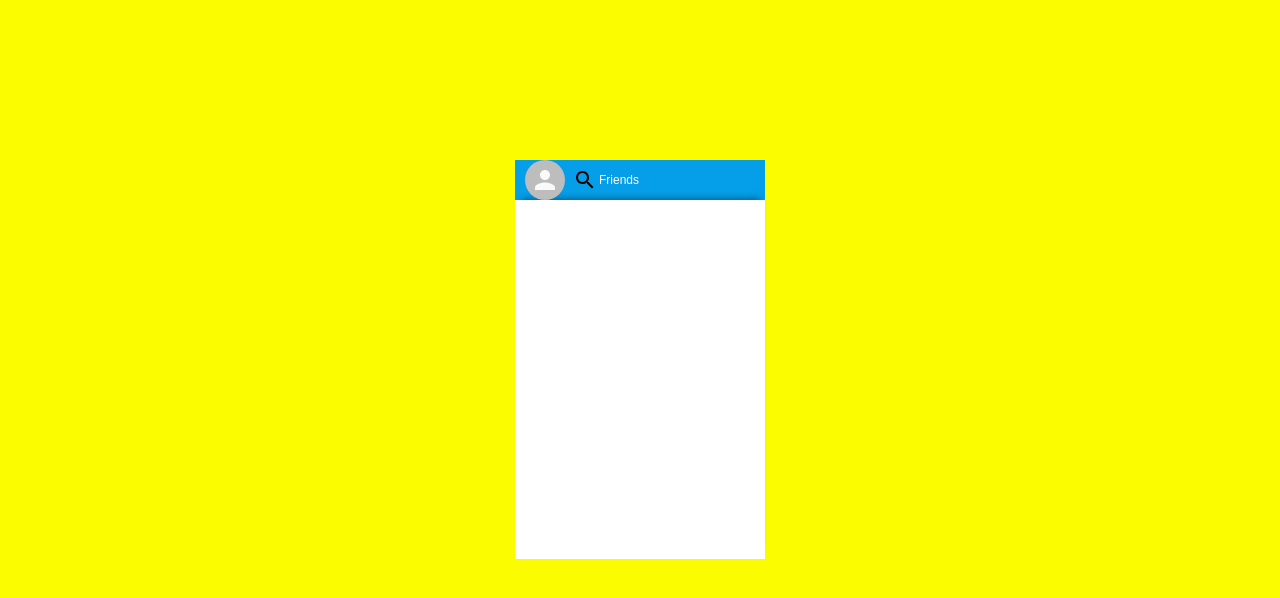
Repository: om1ars/camera-func
Page: /chats
These files come from the project's save history. The page is drawn as it stood at one moment and after a run of saves; the edit follows.
The browser window is 1280 px wide. The pictures show the whole page.
The project was rebuilt for these pictures with package versions that can differ from the ones it lists, and the page was loaded fresh each time. Also part of the build but not shown: src/WebcamCapture.css, src/WebCamCapture.js, src/Preview.css, src/firebase.js, src/Preview.js.

Above is the page before, as saved 2021-11-24 16:53:30.

After the next 2 saves:
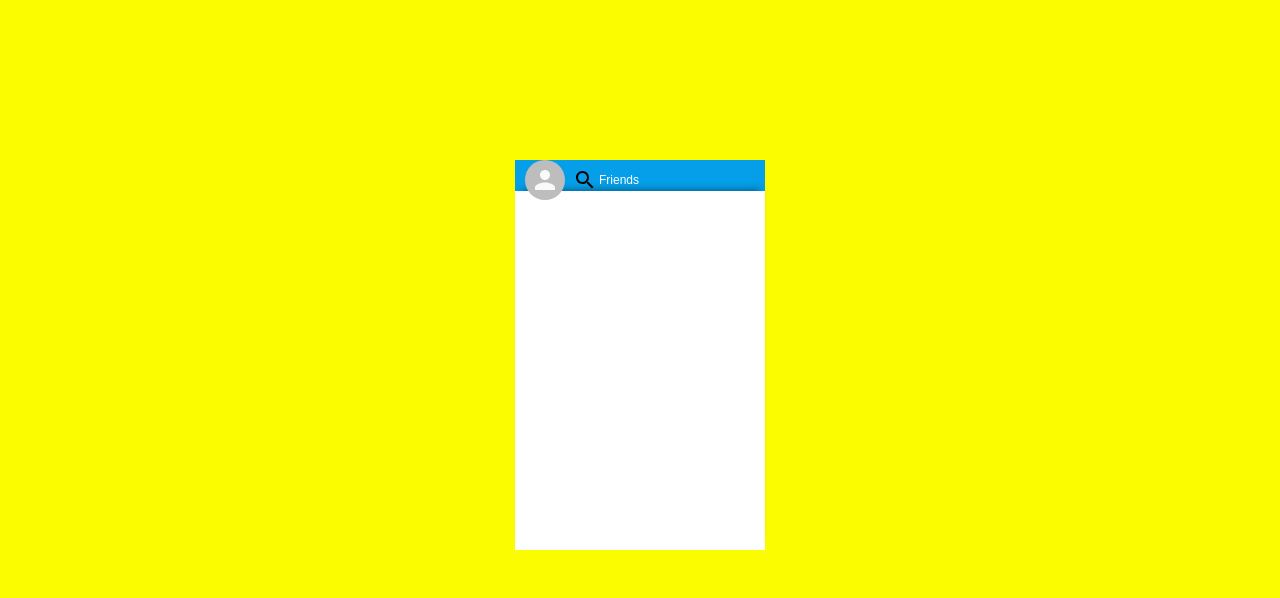
The 2 saves are shown as one change because they came seconds apart.
The last was saved 14 s later.
--- a/src/Chats.css
+++ b/src/Chats.css
@@ -34,4 +34,5 @@
   height: 359px;
   background-color: white;
   box-shadow: 1px -7px 7px -6px rgba(0, 0, 0, 0.44);
+  margin-top: -9px;
 }
